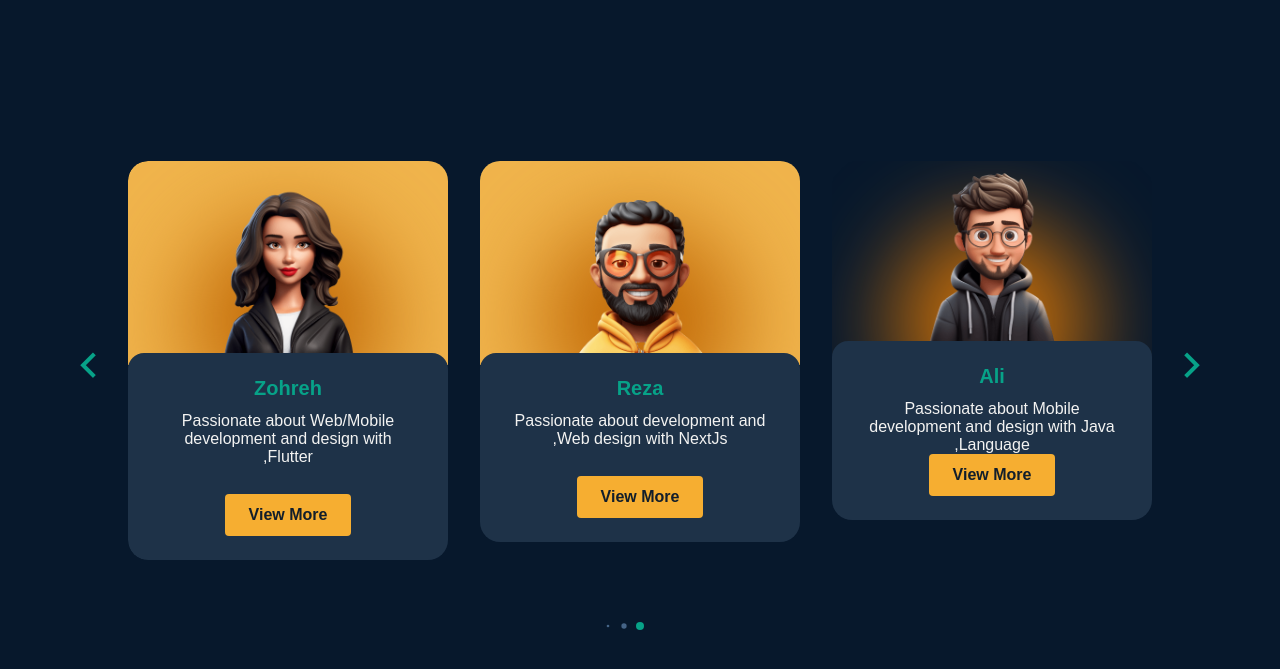
Repository: soroush-g/Card-Slider
Page: index.html
An editor plug-in stored every save of this project. The page is shown before and after the next save, followed by the edit.
The browser window is 1280 px wide. The pictures show the whole page.
Some web fonts or font styles are not loaded; a fallback is used.

Above is the page before, as saved 2024-07-22 11:26:55.

After the next save:
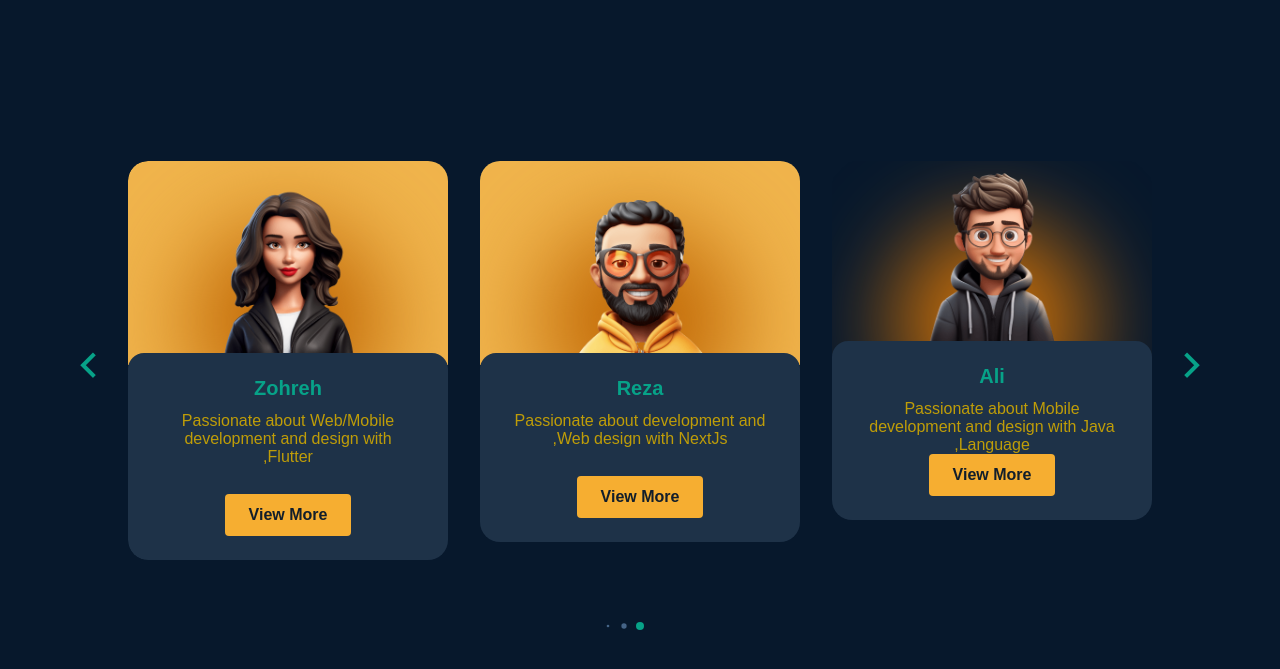
Saved 8 s later.
--- a/assets/css/styles.css
+++ b/assets/css/styles.css
@@ -10,7 +10,7 @@
   --first-color-alt: hsl(32, 91%, 40%);
   --second-color: hsl(170, 92%, 33%);
   --dark-color: hsl(212, 40%, 12%);
-  --white-color: hsl(60, 4%, 95%);
+  --white-color: hsl(49, 92%, 39%);
   --body-color: hsl(212, 73%, 10%);
   --container-color: hsl(212, 42%, 20%);
 

After the save that followed:
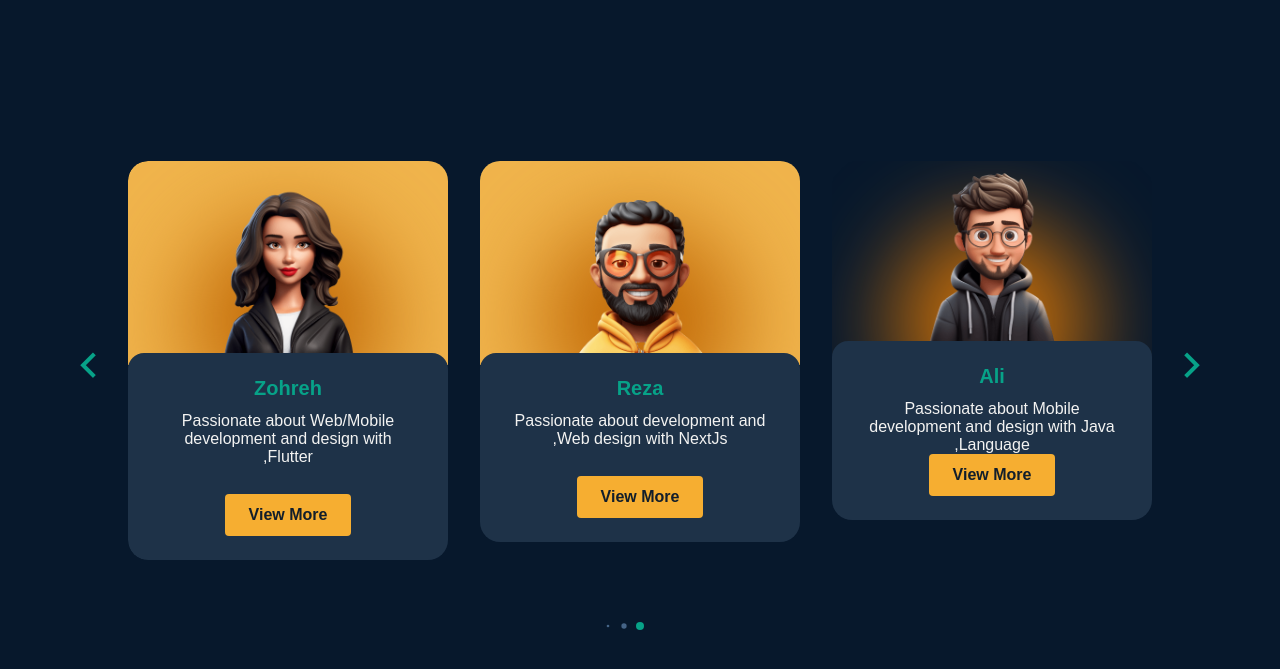
Saved 6 s later.
--- a/assets/css/styles.css
+++ b/assets/css/styles.css
@@ -10,7 +10,7 @@
   --first-color-alt: hsl(32, 91%, 40%);
   --second-color: hsl(170, 92%, 33%);
   --dark-color: hsl(212, 40%, 12%);
-  --white-color: hsl(49, 92%, 39%);
+  --white-color: hsl(60, 4%, 95%);
   --body-color: hsl(212, 73%, 10%);
   --container-color: hsl(212, 42%, 20%);
 
